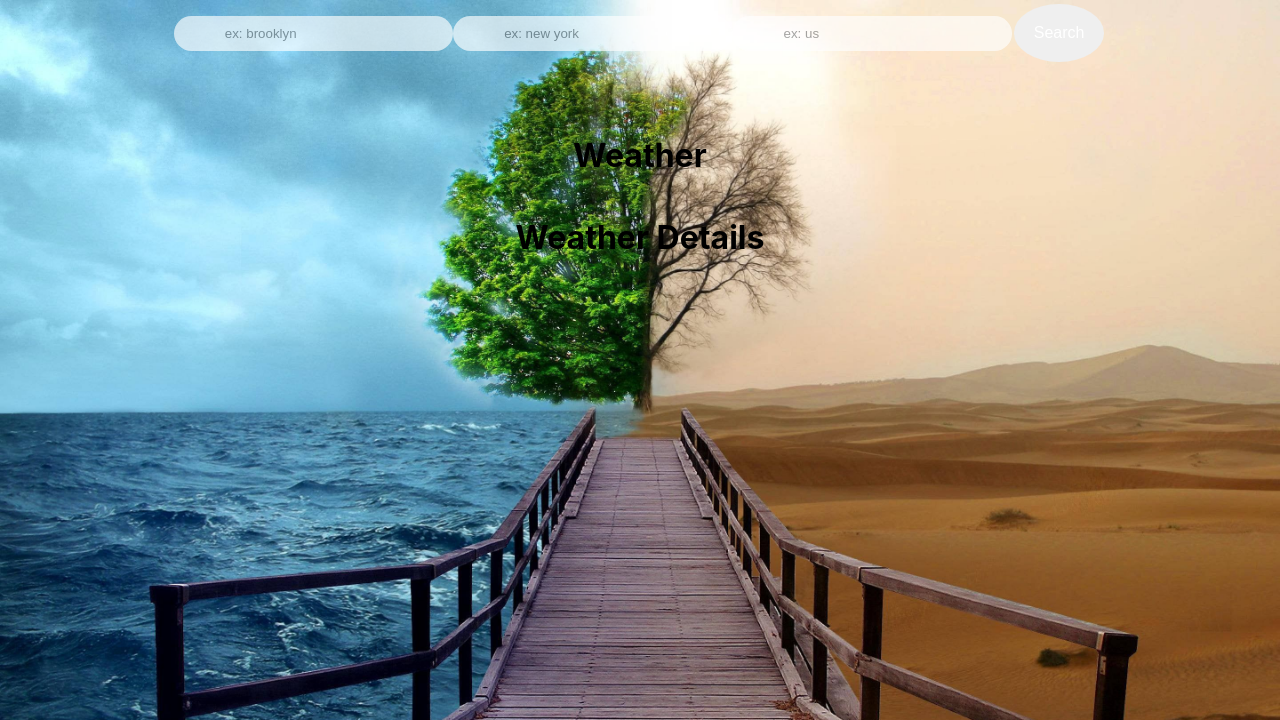
Repository: Mohsin231/Weather_App
Page: /
The author's editor kept a copy of each file at every save. The page is drawn from the files as they stood at one save, then again after the next save.
The browser window is 1280 px wide. The pictures show the whole page.
The project was rebuilt for these pictures with package versions that can differ from the ones it lists, and the page was loaded fresh each time.

Above is the page before, as saved 2021-01-25 04:24:03.

After the next save:
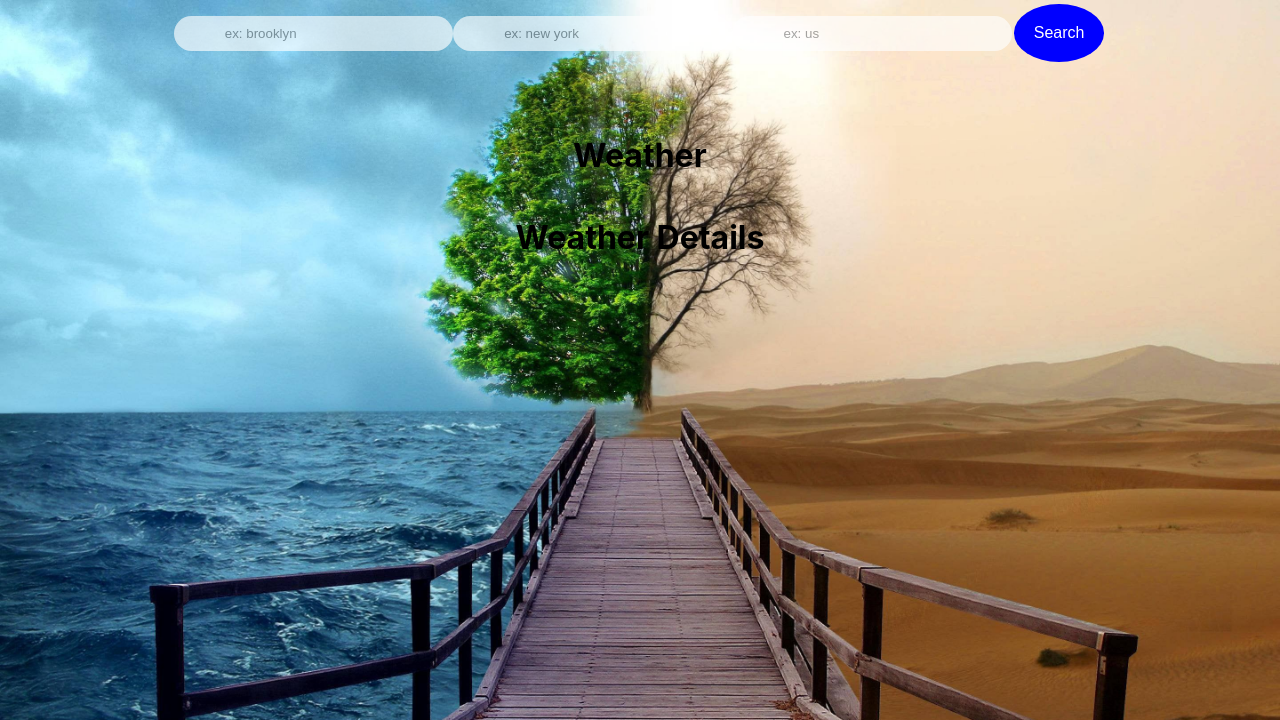
Saved 4 s later.
--- a/src/SearchForm.css
+++ b/src/SearchForm.css
@@ -7,7 +7,7 @@
     opacity: 0.65;
 }
 .button {
-    background-colorblue;;
+    background-color: blue;;
     border: none;
     color: white;
     padding: 20px;
